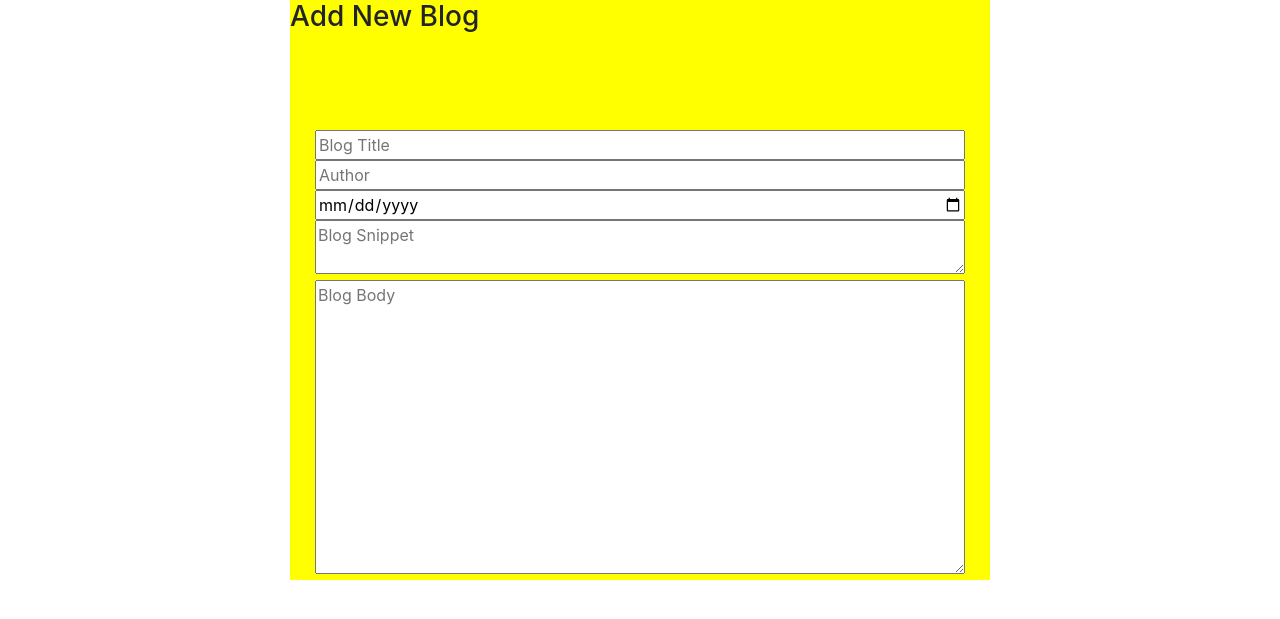
Repository: just-mann/just-blog
Page: http://localhost/add-blog
The author's editor kept a copy of each file at every save. The page is drawn from the files as they stood at one save, then again after the next save.
The browser window is 1280 px wide. The pictures show the whole page.
The page is served by the project's Node server (index.js).

Above is the page before, as saved 2022-01-29 12:33:09.

After the next save:
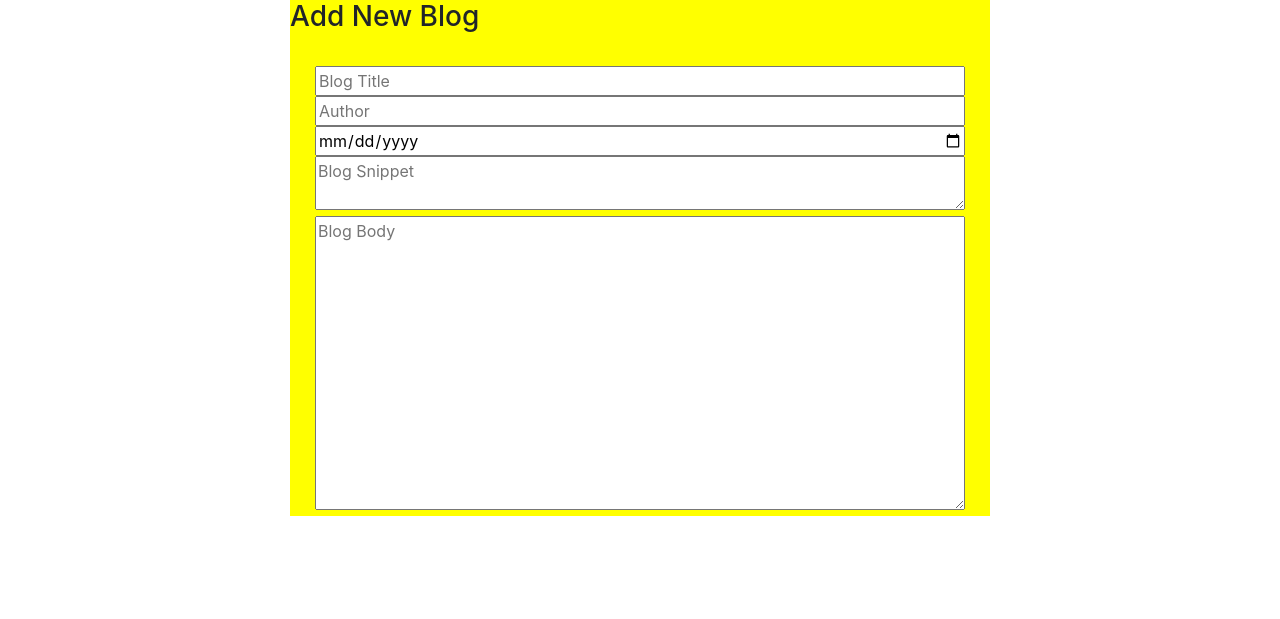
Saved 7 s later.
--- a/public/app.css
+++ b/public/app.css
@@ -8,7 +8,7 @@
 
 form {
     max-width: 650px;
-    margin: 6rem auto;
+    margin: 2rem auto;
 }
 
 form div {
